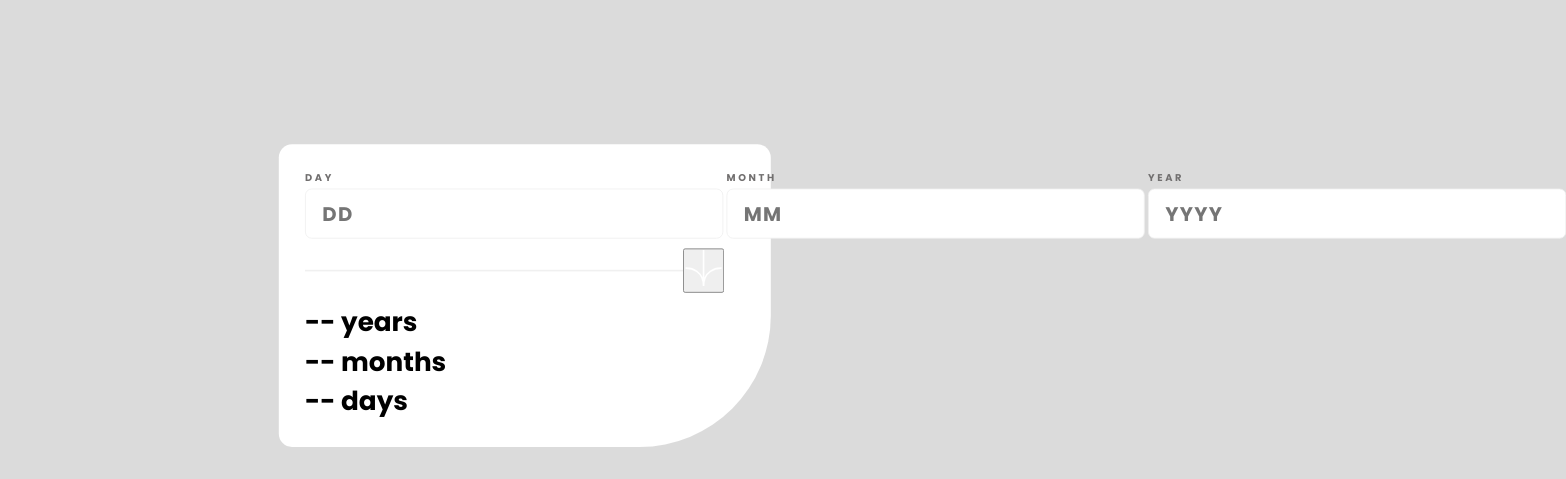
Repository: blordeus/age-calculator-app
Page: /
An editor plug-in stored every save of this project. The page is shown before and after the next save, followed by the edit.
The browser window is 1280 px wide. The page is 1910 px wide, so the pictures cover 1910 px, including what lies to the right of the window. The pictures show the whole page, at 82% of full size.
The project was rebuilt for these pictures with package versions that can differ from the ones it lists, and the page was loaded fresh each time.

Above is the page before, as saved 2023-08-23 15:49:13.

### src/App.js
 import { useState } from "react";
 import "./style.css";

 import arrowIcon from './images/icon-arrow.svg'

const App = () => {
  const [formData, setFormData] = useState({
    day: "",
    month: "",
    year: "",
  });

  const [formErrors, setFormErrors] = useState({
    day: "",
    month: "",
    year: "",
    generic: "",
  });

  const [output, setOutput] = useState({
    days: "",
    months: "",
    years: "",
  });

  const hasErrors = formErrors.day || formErrors.month || formErrors.year || formErrors.generic;

  return (
    <div className="card-container">
      <div className="inputs-container">
      <div className="input-label-container">
        <label htmlFor="day" style={{
          color: hasErrors ? "hsl(0,100%,67%)" : "hsl(0,1%,44%)",
        }}>Day</label>
        <input
        type="number"
        id="day"
        placeholder="DD"
        min={1}
        value={formData.day}
        style={{
          border: hasErrors
          ? '1px solid hsl(0,100%,67%)'
          : '1px solid hsl(0,0%,94%)'
        }}
        onChange={(e) =>
        setFormData((prevState) =>
        ({...prevState,
          day:e.target.value}))}
        />
        {formErrors.day && <p className="error">{formErrors.day}</p>}
      </div>

      <div className="input-label-container">
        <label htmlFor="month" style={{
          color: hasErrors ? "hsl(0,100%,67%)" : "hsl(0,1%,44%)",
        }}>Month</label>
        <input
        type="number"
        id="day"
        placeholder="MM"
        min={1}
        value={formData.month}
        style={{
          border: hasErrors
          ? '1px solid hsl(0,100%,67%)'
          : '1px solid hsl(0,0%,94%)'
        }}
        onChange={(e) =>
        setFormData((prevState) =>
        ({...prevState,
          month:e.target.value}))}
        />
        {formErrors.month && <p className="error">{formErrors.month}</p>}
      </div>

      <div className="input-label-container">
        <label htmlFor="year" style={{
          color: hasErrors ? "hsl(0,100%,67%)" : "hsl(0,1%,44%)",
        }}>Year</label>
        <input
        type="number"
        id="year"
        placeholder="YYYY"
        min={1}
        value={formData.year}
        style={{
          border: hasErrors
          ? '1px solid hsl(0,100%,67%)'
          : '1px solid hsl(0,0%,94%)'
        }}
        onChange={(e) =>
        setFormData((prevState) =>
        ({...prevState,
          year:e.target.value}))}
        />
        {formErrors.year && <p className="error">{formErrors.year}</p>}
      </div>
    </div>

    {formErrors.generic && (
      <p className="error generic">{formErrors.generic}</p>
    )}

<div className="divider-container">
  <div className="divider"></div>

  <button className="btn" onClick={() => null}>
    <img src={arrowIcon} alt="arrowIcon" />
  </button>
</div>

<div className="output-container">
  <h1>
    <span className="highlighted">
    {output.years === "" ? '--' : output.years}{" "}
    </span>
    {output.years === 1 ? 'year' : "years"}
    </h1>

    <h1>
    <span className="highlighted">
    {output.months === "" ? '--' : output.months}{" "}
    </span>
    {output.months === 1 ? 'month' : "months"}
    </h1>

    <h1>
    <span className="highlighted">
    {output.days === "" ? '--' : output.days}{" "}
    </span>
    {output.days === 1 ? 'day' : "days"}
    </h1>
</div>
    </div>
  );
};

export default App;

### src/style.css
@import url("https://fonts.googleapis.com/css2?family=Poppins:ital,wght@0,700;1,400;1,800&display=swap");

* {
  box-sizing: border-box;
  margin: 0;
  padding: 0;
  font-family: "Poppins", sans-serif;
}

:root {
  --Purple: hsl(259, 100%, 65%);
  --Light-red: hsl(0, 100%, 67%);
  --White: hsl(0, 0%, 100%);
  --Off-white: hsl(0, 0%, 94%);
  --Light-grey: hsl(0, 0%, 86%);
  --Smokey-grey: hsl(0, 1%, 44%);
  --Off-black: hsl(0, 0%, 8%);
}

body {
  background-color: var(--Light-grey);
  min-height: 100vh;
  display: flex;
  align-items: center;
  justify-content: center;
}

.card-container {
  width: 600px;
  border-radius: 1rem 1rem 10rem 1rem;
  background-color: var(--White);
  padding: 2rem;
  max-width: 90vw;
  margin-top: 1rem;
  margin-bottom: 1rem;
}

.inputs-container {
  display: flex;
  gap: 0.25rem;
}

.input-label-container {
  display: flex;
  flex-direction: column;
  gap: 0.25rem;
  flex: 1;
}

.input-label-container label {
  text-transform: uppercase;
  font-size: 0.75rem;
  letter-spacing: 0.2rem;
}

.input-label-container input {
  width: 130opx;
  padding: 0.75rem 1rem 0.75rem 1.25rem;
  font-size: 1.5rem;
  color: var(--Off-black);
  border-radius: 0.5rem;
  outline: none;
  letter-spacing: 0.1rem;
}

.error {
  color: var(--Light-red);
  font-weight: 400;
  font-style: italic;
  margin-top: 0.25rem;
  letter-spacing: 0.1rem;
  font-size: 0.75rem;
}

.error.generic {
  margin-top: 0.5rem;
}

.divider-container {
  display: flex;
  align-items: center;
  margin-top: 0.75rem;
  margin-bottom: 0.75rem;
}

.divider {
  height: 2px;
  background-color: var(--Off-white);
  width: 86%;
}

.btn {
  width: ;
}

Loaded but not shown: src/index.js (common file)

After the next save:
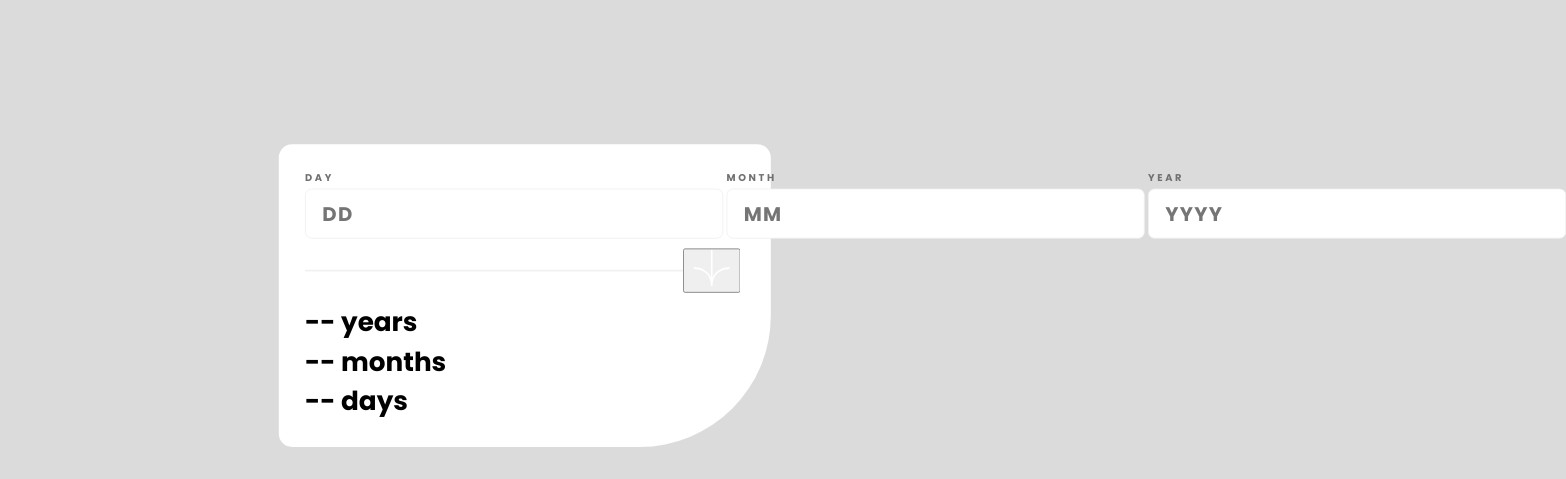
Saved 9 s later.
--- a/src/style.css
+++ b/src/style.css
@@ -90,5 +90,6 @@ body {
 }
 
 .btn {
-  width: ;
+  width: 70px;
+
 }
